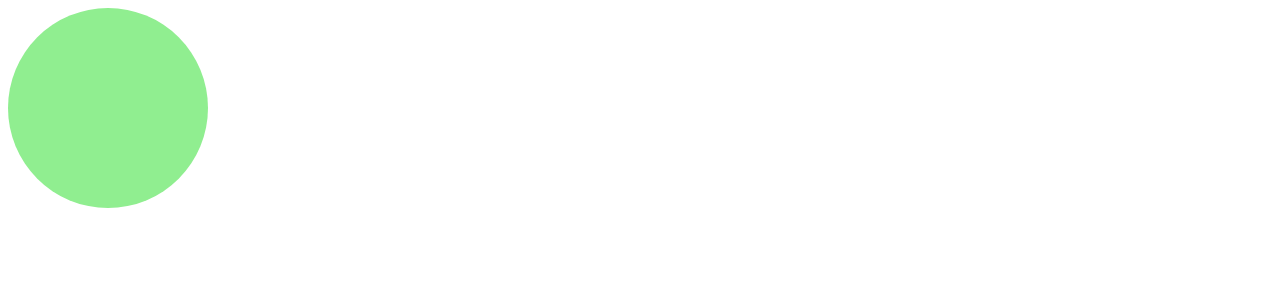
Repository: vasucp1207/framer-motion
Page: /
These files come from the project's save history. The page is drawn as it stood at one moment and after a run of saves; the edit follows.
The browser window is 1280 px wide. The pictures show the whole page.
The project was rebuilt for these pictures with package versions that can differ from the ones it lists, and the page was loaded fresh each time. Also part of the build but not shown: src/index.css.

Above is the page before, as saved 2022-07-28 00:37:08.

### src/App.js
import './App.css';
import { motion } from "framer-motion";

function App() {
  return (
    <div >
      <motion.div className='circle'
        whileHover={{scale: 1.3}}
        drag="x"
        dragConstraints={{left: -100, right: 100}}
      />
    </div>
  );
}

export default App;

### src/App.css
.circle{
  width: 200px;
  height: 200px;
  border-radius: 50%;
  background-color: lightgreen;
}

Loaded but not shown: public/index.html (common file); src/index.js (common file); src/reportWebVitals.js (common file)

After the next 2 saves:
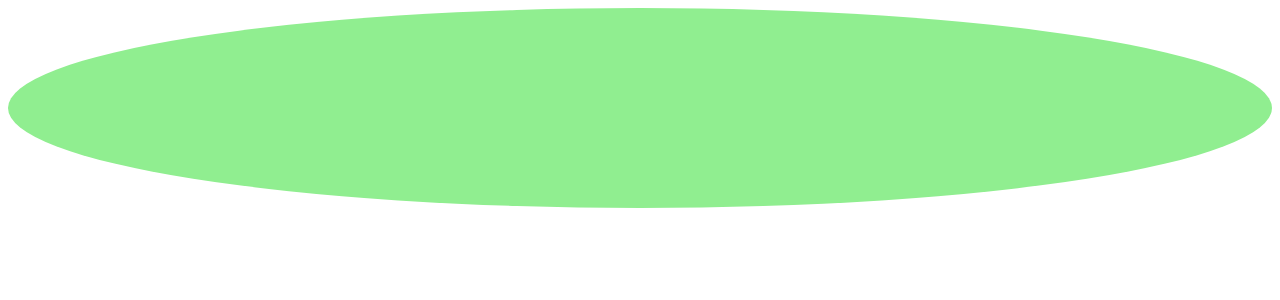
The 2 saves are shown as one change because they came seconds apart.
The last was saved 36 s later.
--- a/src/App.css
+++ b/src/App.css
@@ -1,4 +1,5 @@
 .circle{
+  jus
   width: 200px;
   height: 200px;
   border-radius: 50%;

After the 2 saves that followed:
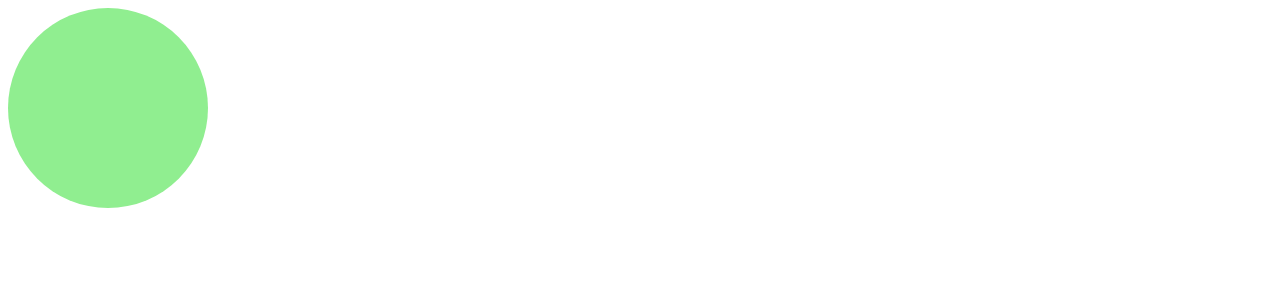
The 2 saves are shown as one change because 1 left the picture as it was.
The last was saved 16 s later.
--- a/src/App.css
+++ b/src/App.css
@@ -1,5 +1,7 @@
 .circle{
-  jus
+  display: flex;
+  justify-content: center;
+  align-items: center;
   width: 200px;
   height: 200px;
   border-radius: 50%;
